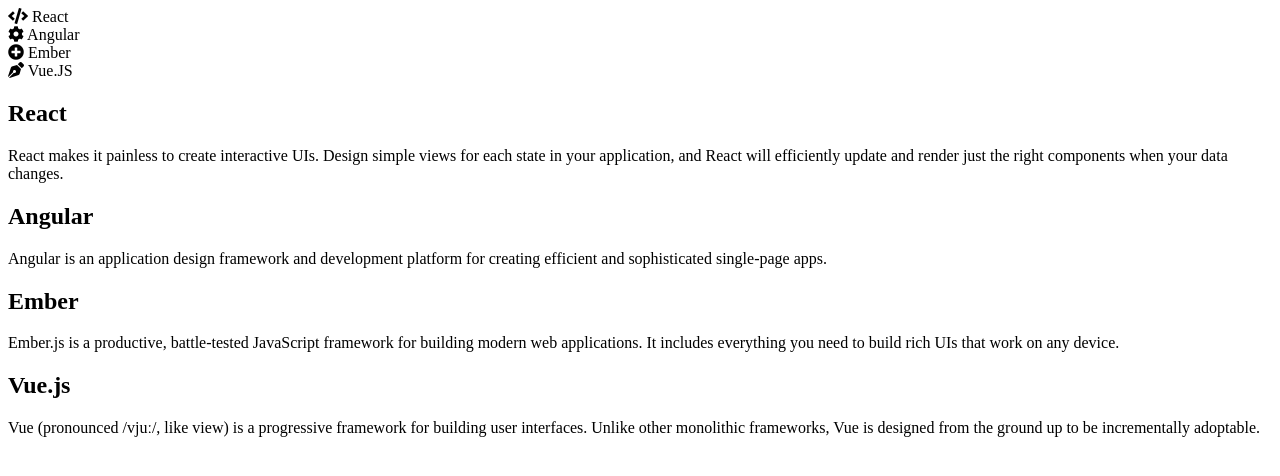
Repository: lt-chinh098406/BIn-Music
Page: index.html
These files come from the project's save history. The page is drawn as it stood at one moment and after the next save; the edit follows.
The browser window is 1280 px wide. The pictures show the whole page.

Above is the page before, as saved 2021-11-11 15:21:07.

### index.html
<!DOCTYPE html>
<html lang="en">
<head>
  <meta charset="UTF-8">
  <meta http-equiv="X-UA-Compatible" content="IE=edge">
  <meta name="viewport" content="width=device-width, initial-scale=1.0">
  <title>HTML DOM</title>
  <link rel="stylesheet" href="main.css">
  <link rel="preconnect" href="https://fonts.gstatic.com">
  <link rel="stylesheet" href="https://cdnjs.cloudflare.com/ajax/libs/font-awesome/5.15.2/css/all.min.css" integrity="sha512-HK5fgLBL+xu6dm/Ii3z4xhlSUyZgTT9tuc/hSrtw6uzJOvgRr2a9jyxxT1ely+B+xFAmJKVSTbpM/CuL7qxO8w==" crossorigin="anonymous" />
  <link href="https://fonts.googleapis.com/css2?family=Poppins:wght@300;400;500;600&display=swap" rel="stylesheet">
</head>
<body>
  <body>
    <div>
      <!-- Tab items -->
      <div class="tabs">
        <div class="tab-item active">
          <i class="tab-icon fas fa-code"></i>
          React
        </div>
        <div class="tab-item">
          <i class="tab-icon fas fa-cog"></i>
          Angular
        </div>
        <div class="tab-item">
          <i class="tab-icon fas fa-plus-circle"></i>
          Ember
        </div>
        <div class="tab-item">
          <i class="tab-icon fas fa-pen-nib"></i>
          Vue.JS
        </div>
        <div class="line"></div>
      </div>

      <!-- Tab content -->
      <div class="tab-content">
        <div class="tab-pane active">
          <h2>React</h2>
          <p>React makes it painless to create interactive UIs. Design simple views for each state in your application, and React will efficiently update and render just the right components when your data changes.</p>
        </div>
        <div class="tab-pane">
          <h2>Angular</h2>
          <p>Angular is an application design framework and development platform for creating efficient and sophisticated single-page apps.</p>
        </div>
        <div class="tab-pane">
          <h2>Ember</h2>
          <p>Ember.js is a productive, battle-tested JavaScript framework for building modern web applications. It includes everything you need to build rich UIs that work on any device.</p>
        </div>
        <div class="tab-pane">
          <h2>Vue.js</h2>
          <p>Vue (pronounced /vjuː/, like view) is a progressive framework for building user interfaces. Unlike other monolithic frameworks, Vue is designed from the ground up to be incrementally adoptable. </p>
        </div>
      </div>
    </div>
  </body>
</body>
</html>

### main.css
li:last-child {
  color: red;
}

After the next save:
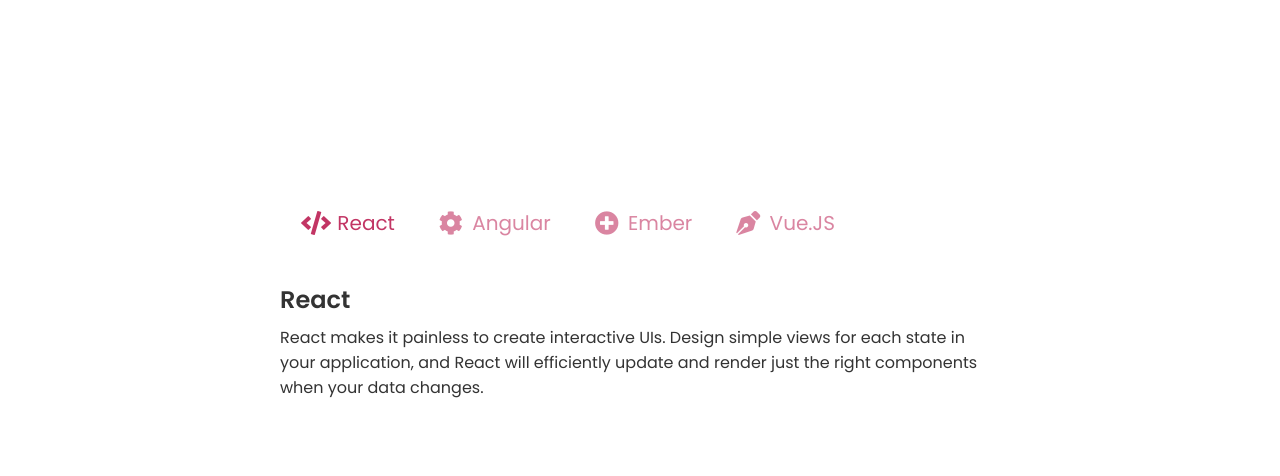
Saved 11 s later.
--- a/main.css
+++ b/main.css
@@ -1,3 +1,69 @@
-li:last-child {
-  color: red;
+* {
+  padding: 0;
+  margin: 0;
+  box-sizing: border-box;
 }
+body {
+  display: flex;
+  font-family: "Poppins", sans-serif;
+}
+body > div {
+  margin: 15% auto 0;
+  max-width: 720px;
+}
+.tabs {
+  display: flex;
+  position: relative;
+}
+.tabs .line {
+  position: absolute;
+  left: 0;
+  bottom: 0;
+  width: 0;
+  height: 6px;
+  border-radius: 15px;
+  background-color: #c23564;
+  transition: all 0.2s ease;
+}
+.tab-item {
+  min-width: 80px;
+  padding: 16px 20px 11px 20px;
+  font-size: 20px;
+  text-align: center;
+  color: #c23564;
+  background-color: #fff;
+  border-top-left-radius: 5px;
+  border-top-right-radius: 5px;
+  border-bottom: 5px solid transparent;
+  opacity: 0.6;
+  cursor: pointer;
+  transition: all 0.5s ease;
+}
+.tab-icon {
+  font-size: 24px;
+  width: 32px;
+  position: relative;
+  top: 2px;
+}
+.tab-item:hover {
+  opacity: 1;
+  background-color: rgba(194, 53, 100, 0.05);
+  border-color: rgba(194, 53, 100, 0.1);
+}
+.tab-item.active {
+  opacity: 1;
+}
+.tab-content {
+  padding: 28px 0;
+}
+.tab-pane {
+  color: #333;
+  display: none;
+}
+.tab-pane.active {
+  display: block;
+}
+.tab-pane h2 {
+  font-size: 24px;
+  margin-bottom: 8px;
+}
